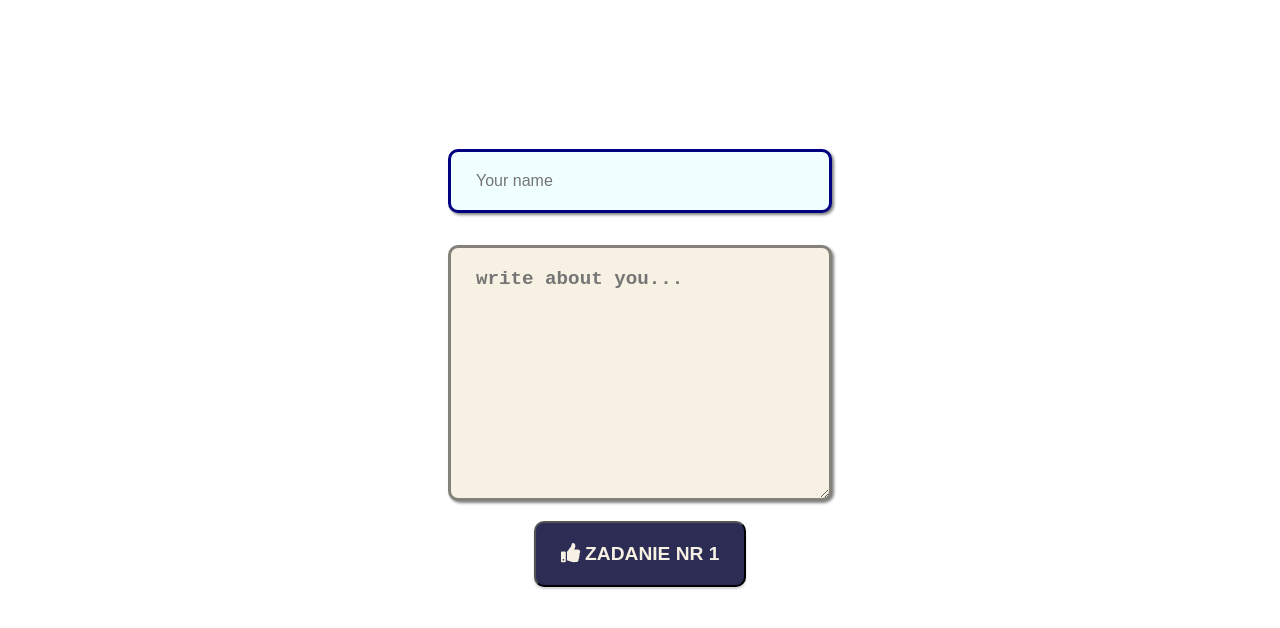
Repository: KrzysKolo/sr_tydzien3_zad_1_2_3
Page: /
These files come from the project's save history. The page is drawn as it stood at one moment and after the next save; the edit follows.
The browser window is 1280 px wide. The pictures show the whole page.
The project was rebuilt for these pictures with package versions that can differ from the ones it lists, and the page was loaded fresh each time.

Above is the page before, as saved 2020-11-02 17:58:35.

After the next save:
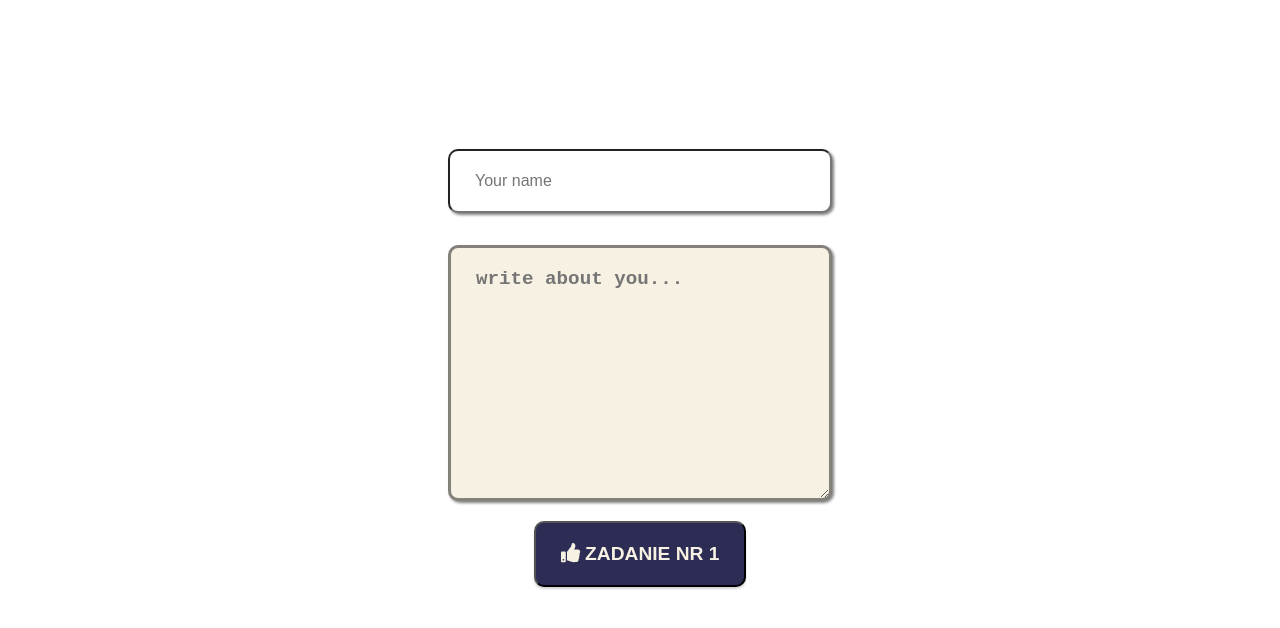
Saved 65 s later.
--- a/src/App.js
+++ b/src/App.js
@@ -10,7 +10,7 @@ class App extends Component {
 
     return (
       <div className="app">
-        <Input bgColor="azure" color="navy" borderSize="3px" borderRadius="10px" borderColor="navy" placeholder="Your name" />
+        <Input bgColor="swan white" color="grey porcelain" borderSize="3px" borderRadius="10px" borderColor="grey porcelain" placeholder="Your name" />
         <Textarea bgColor="swan white" color="grey porcelain" borderSize="3px" borderRadius="10px" borderColor="grey porcelain" placeholder="write about you..." />
         <Button  bgColor="lucky point" color="swan white" label="Zadanie nr 1" icon={faThumbsUp}/>
       </div>
